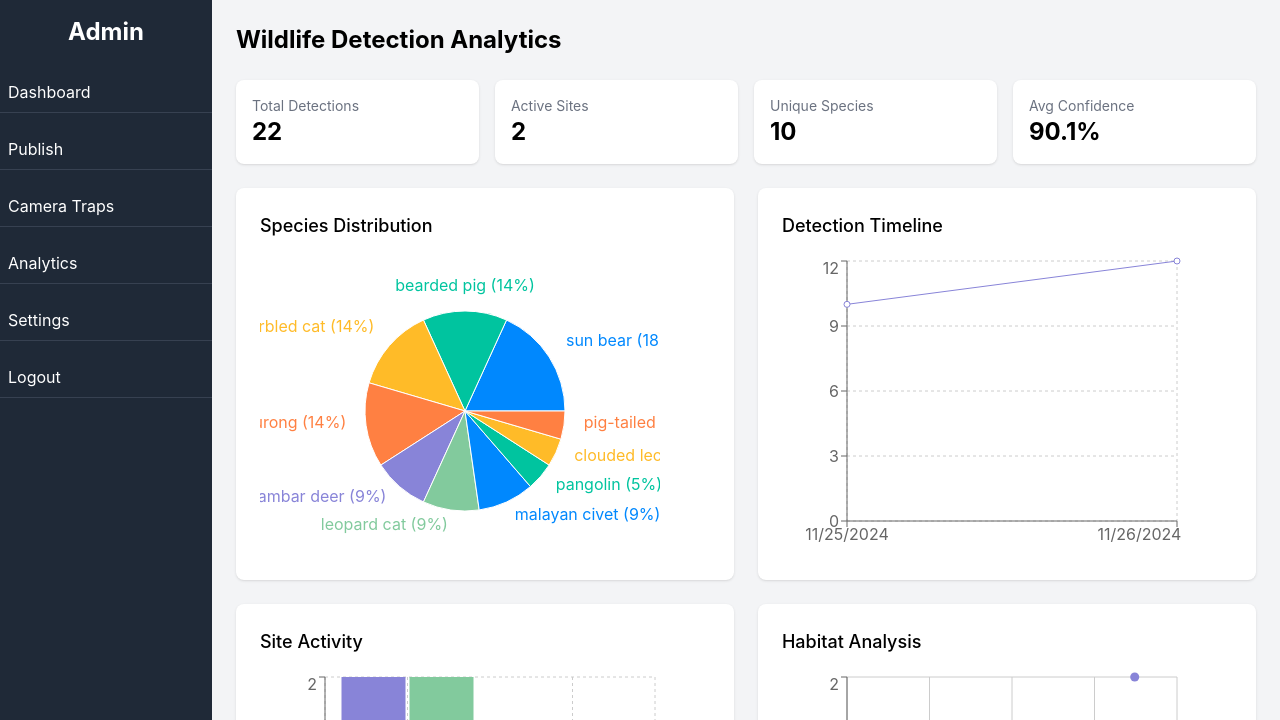
Repository: DominicMathew240/wildlife
Page: /pages/admin/dashboard/analytics
The author's editor kept a copy of each file at every save. The page is drawn from the files as they stood at one save, then again after the next save.
The browser window is 1280 px wide. The pictures show the whole page.
An inner scrolling area shows only its first screen. Some web libraries are served in a nearby version. The project was rebuilt for these pictures with package versions that can differ from the ones it lists, and the page was loaded fresh each time. The framework's server and built-in components were replaced by stand-ins that run in the browser. Also part of the build but not shown: next.config.mjs.

Above is the page before, as saved 2024-11-25 23:56:35.

After the next save:
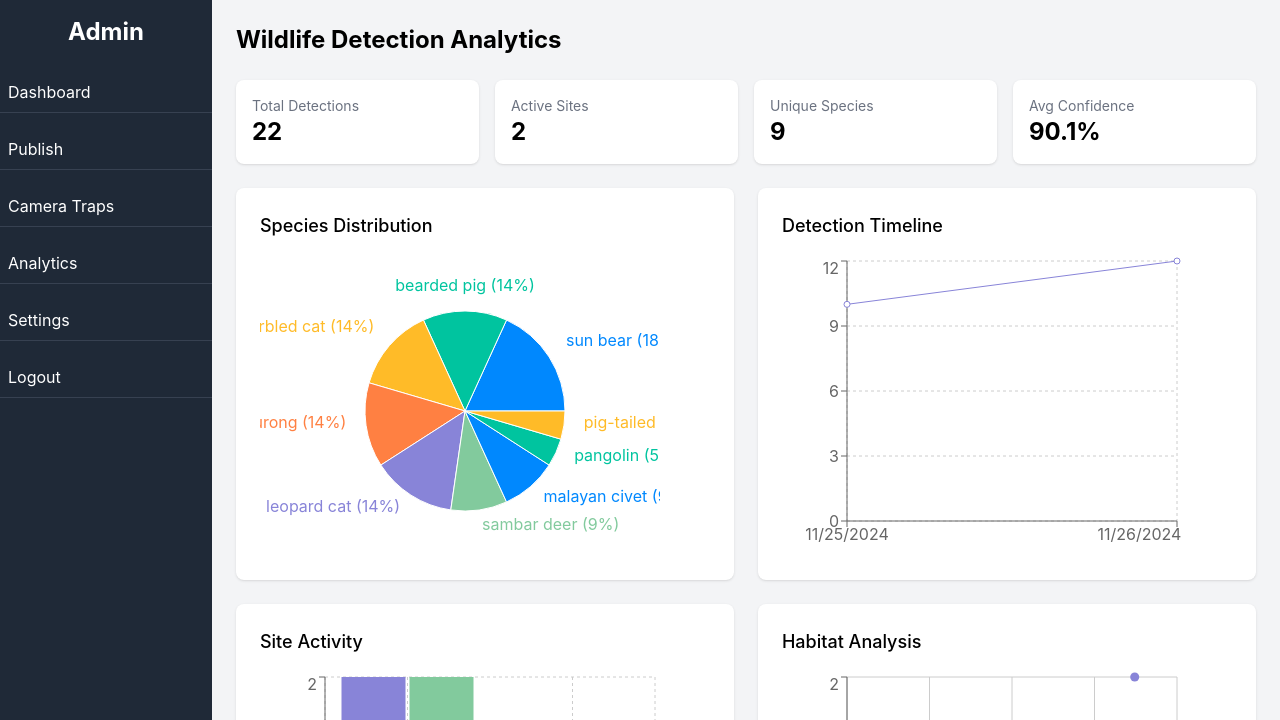
Saved 10 s later.
--- a/src/app/pages/admin/dashboard/analytics/page.js
+++ b/src/app/pages/admin/dashboard/analytics/page.js
@@ -17,7 +17,7 @@ export default function Analytics() {
     { site_id: '0003-A', species: 'sun bear', confidence: 0.91, timestamp: '2024-11-25 19:15:42' },
     { site_id: '0003-B', species: 'pangolin', confidence: 0.86, timestamp: '2024-11-25 20:25:18' },
     { site_id: '0003-C', species: 'leopard cat', confidence: 0.93, timestamp: '2024-11-25 21:35:44' },
-    { site_id: '0003-D', species: 'clouded leopard', confidence: 0.89, timestamp: '2024-11-25 22:45:12' },
+    { site_id: '0003-D', species: 'leopard cat', confidence: 0.89, timestamp: '2024-11-25 22:45:12' },
     { site_id: '0004-A', species: 'malayan civet', confidence: 0.90, timestamp: '2024-11-25 23:15:33' },
     { site_id: '0004-B', species: 'pig-tailed macaque', confidence: 0.88, timestamp: '2024-11-26 00:25:42' },
     { site_id: '0004-C', species: 'sun bear', confidence: 0.92, timestamp: '2024-11-26 01:35:18' },
